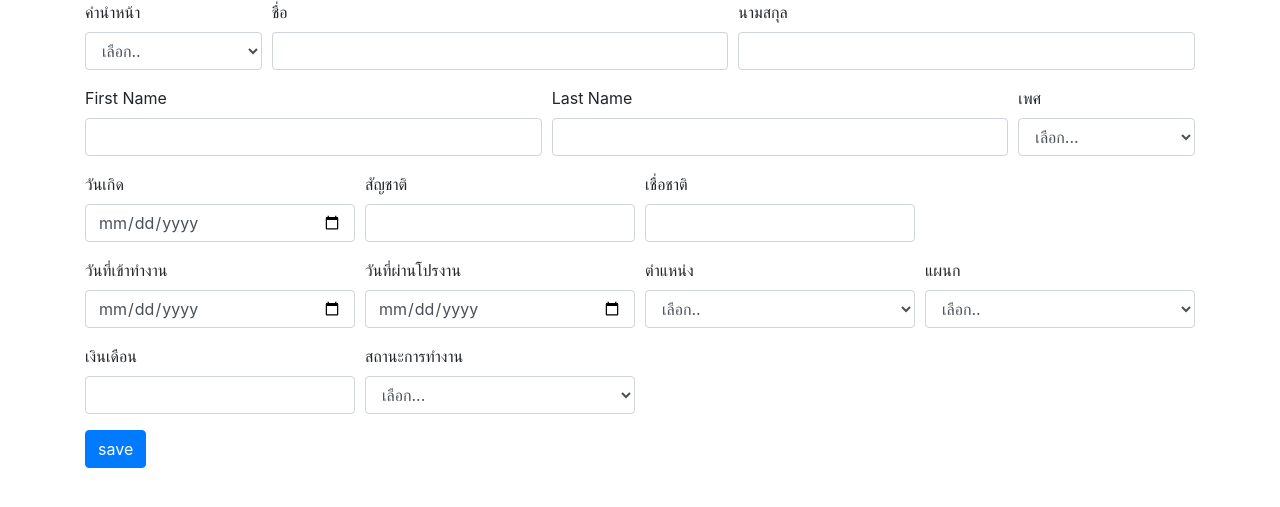
Repository: p2job/javawebapp
Page: http://localhost/demojsp/insert.jsp
These files come from the project's save history. The page is drawn as it stood at one moment and after the next save; the edit follows.
The browser window is 1280 px wide. The pictures show the whole page.
The page is served by Tomcat 9. Queries for data that is not in the repository find no rows.

Above is the page before, as saved 2020-07-31 07:16:58.

### demojsp/WebContent/insert.jsp
<%@page contentType="text/html" pageEncoding="UTF-8"%>
<%@ page import="java.sql.*"  %>
<!DOCTYPE html>
<html>

<head>
    <meta http-equiv="Content-Type" content="text/html; charset=UTF-8">
    <meta name="viewport" content="width=device-width, initial-scale=1, shrink-to-fit=no">
    <link rel="stylesheet" href="https://stackpath.bootstrapcdn.com/bootstrap/4.5.0/css/bootstrap.min.css" integrity="sha384-9aIt2nRpC12Uk9gS9baDl411NQApFmC26EwAOH8WgZl5MYYxFfc+NcPb1dKGj7Sk" crossorigin="anonymous">
    <title>Insert Employee</title>
</head>

<body>
    <div class="container">
        <form action="insert.jsp" method="post">
            <div class="form-row">
                <div class="form-group col-md-2">
                    <label for="inputName_Prefix">คำนำหน้า</label>
                    <select id="Name_Prefix" class="form-control" name="Name_Prefix">
                        <option selected>เลือก..</option>
                        <option value="นาย">นาย</option>
                        <option value="นาง">นาง</option>
                        <option value="นางสาว">นางสาว</option>
                    </select>
                </div>
                <div class="form-group col-md-5">
                    <label for="inputFirst_Name">ชื่อ</label>
                    <input type="text" class="form-control" id="First_Name" name="First_Name">
                </div>
                <div class="form-group col-md-5">
                    <label for="inputLast_Name">นามสกุล</label>
                    <input type="text" class="form-control" id="Last_Name" name="Last_Name">
                </div>
            </div>
            <div class="form-row">
                <div class="form-group col-md-5">
                    <label for="inputFirst_Name_Eng">First Name</label>
                    <input type="text" class="form-control" id="First_Name_Eng" name="First_Name_Eng">
                </div>
                <div class="form-group col-md-5">
                    <label for="inputLast_Name_Eng">Last Name</label>
                    <input type="text" class="form-control" id="Last_Name_Eng" name="Last_Name_Eng">
                </div>
                <div class="form-group col-md-2">
                    <label for="inputSex">เพศ</label>
                    <select id="Sex" class="form-control" name="Sex">
                        <option selected>เลือก...</option>
                        <option value="M">ชาย</option>
                        <option value="F">หญิง</option>
                    </select>
                </div>
            </div>
            <div class="form-row">
                <div class="form-group col-md-3">
                    <label for="inputBirth_Date">วันเกิด</label>
                    <input type="date" class="form-control" id="Birth_Date" name="Birth_Date">
                </div>
                <div class="form-group col-md-3">
                    <label for="inputPhone_Number">สัญชาติ</label>
                    <input type="text" class="form-control" id="Phone_Number" name="Phone_Number">
                </div>
                <div class="form-group col-md-3">
                    <label for="inputPhone_Number">เชื่อชาติ</label>
                    <input type="text" class="form-control" id="Phone_Number" name="Phone_Number">
                </div>
            </div>
            <div class="form-row">
                <div class="form-group col-md-3">
                    <label for="inputHire_Date">วันที่เข้าทำงาน</label>
                    <input type="date" class="form-control" id="Hire_Date" name="Hire_Date">
                </div>
                <div class="form-group col-md-3">
                    <label for="inputProbation_Date">วันที่ผ่านโปรงาน</label>
                    <input type="date" class="form-control" id="Probation_Date" name="Probation_Date">
                </div>
                <div class="form-group col-md-3">
                <%
	Connection connect = null;
	ResultSet rec = null;
	Statement s= null;

	try {
		Class.forName("com.mysql.jdbc.Driver");
		connect =  DriverManager.getConnection("jdbc:mysql://localhost/employee" +
				"?user=root&password=");
		s = connect.createStatement();
		String sql="SELECT * FROM position";
		rec=s.executeQuery(sql);


	} catch (Exception e) {
		// TODO Auto-generated catch block
		out.println(e.getMessage());
		e.printStackTrace();
	}

	%>
                    <label for="inputPosition_ID">ตำแหน่ง</label>
                    <select id="Position_ID" class="form-control" name="Position_ID">
                        <option selected>เลือก..</option>
                        <% while((rec!=null)&&(rec.next())) {%>
                        <option value="<%= rec.getString("Position_ID") %>"><%= rec.getString("Position_Name") %></option>
                         <% } %>
                    </select>
                </div>
                <%
	try {
		Class.forName("com.mysql.jdbc.Driver");
		connect =  DriverManager.getConnection("jdbc:mysql://localhost/employee" +
				"?user=root&password=");
		s = connect.createStatement();
		String sql="SELECT * FROM department";
		rec=s.executeQuery(sql);


	} catch (Exception e) {
		// TODO Auto-generated catch block
		out.println(e.getMessage());
		e.printStackTrace();
	}

	%>
                <div class="form-group col-md-3">
                    <label for="inputDepartment_ID">แผนก</label>
                    <select id="Department_ID" class="form-control" name="Department_ID">
                        <option selected>เลือก..</option>
                        <% while((rec!=null)&&(rec.next())) {%>
                        <option value="<%= rec.getString("Department_ID") %>"><%= rec.getString("Department_Name") %></option>
                         <% } %>
                    </select>
                </div>
            </div>
            <div class="form-row">
                <div class="form-group col-md-3">
                    <label for="inputSalary">เงินเดือน</label>
                    <input type="text" class="form-control" id="Salary" name="Salary">
                </div>
                <div class="form-group col-md-3">
                    <label for="inputStatus">สถานะการทำงาน</label>
                    <select id="Status" class="form-control" name="Status">
                        <option selected>เลือก...</option>
                        <option value="2">ทำงานอยู่</option>
                        <option value="1">พักงาน</option>
                        <option value="0">ลาออก</option>
                    </select>
                </div>
            </div>
            <button type="submit" class="btn btn-primary">save</button>
        </form>
    </div>


    <script src="https://code.jquery.com/jquery-3.5.1.slim.min.js" integrity="sha384-DfXdz2htPH0lsSSs5nCTpuj/zy4C+OGpamoFVy38MVBnE+IbbVYUew+OrCXaRkfj" crossorigin="anonymous"></script>
    <script src="https://cdn.jsdelivr.net/npm/popper.js@1.16.0/dist/umd/popper.min.js" integrity="sha384-Q6E9RHvbIyZFJoft+2mJbHaEWldlvI9IOYy5n3zV9zzTtmI3UksdQRVvoxMfooAo" crossorigin="anonymous"></script>
    <script src="https://stackpath.bootstrapcdn.com/bootstrap/4.5.0/js/bootstrap.min.js" integrity="sha384-OgVRvuATP1z7JjHLkuOU7Xw704+h835Lr+6QL9UvYjZE3Ipu6Tp75j7Bh/kR0JKI" crossorigin="anonymous"></script>
</body>

</html>

After the next save:
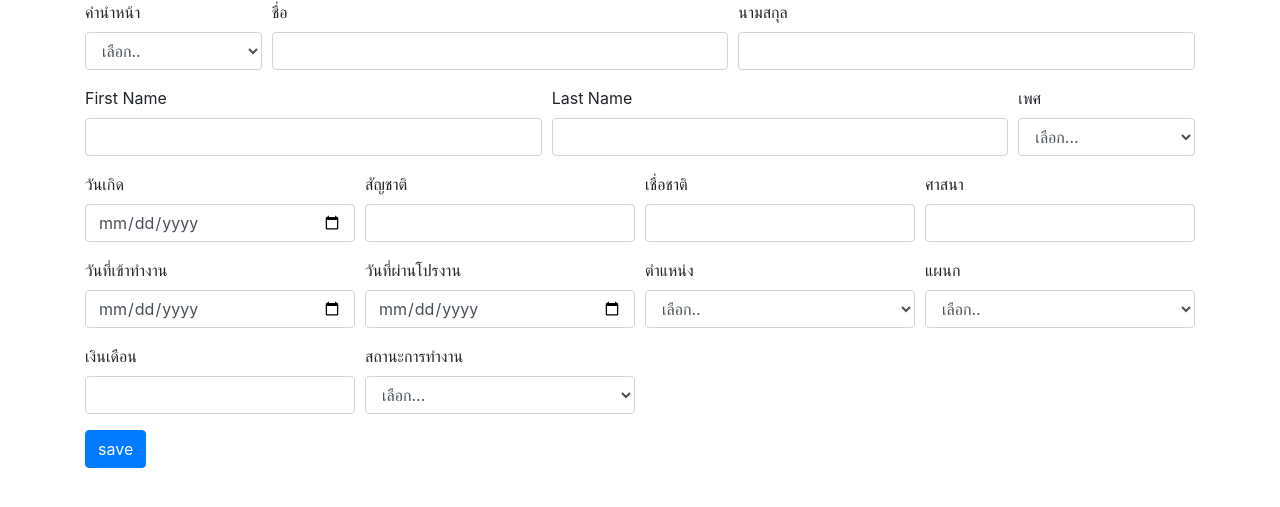
Saved 56 s later.
--- a/demojsp/WebContent/insert.jsp
+++ b/demojsp/WebContent/insert.jsp
@@ -61,6 +61,10 @@
                 </div>
                 <div class="form-group col-md-3">
                     <label for="inputPhone_Number">เชื่อชาติ</label>
+                    <input type="text" class="form-control" id="Phone_Number" name="Phone_Number">
+                </div>
+                <div class="form-group col-md-3">
+                    <label for="inputPhone_Number">ศาสนา</label>
                     <input type="text" class="form-control" id="Phone_Number" name="Phone_Number">
                 </div>
             </div>
